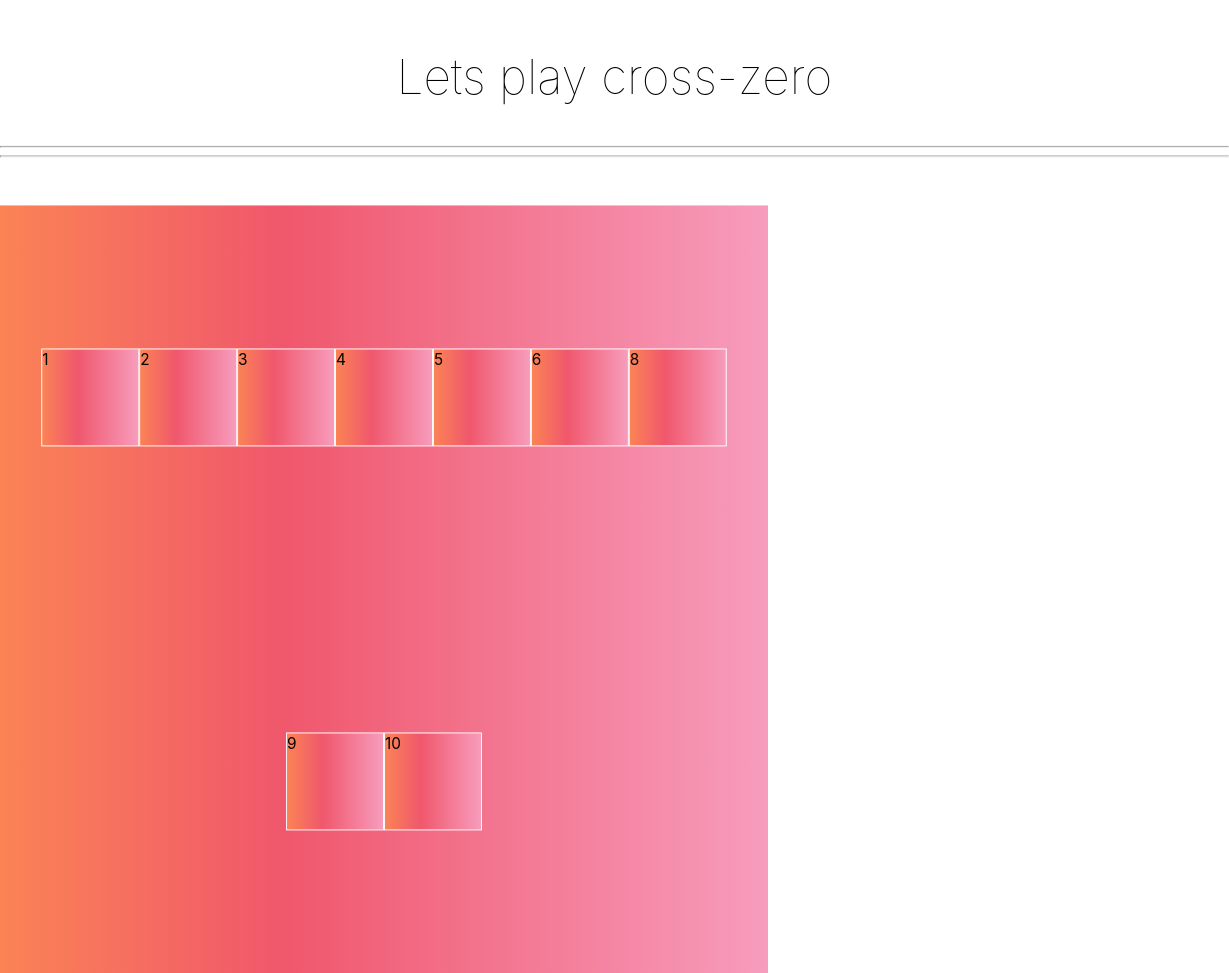
Repository: PGVlasov/cross-zero-game
Page: /
An editor plug-in stored every save of this project. The page is shown before and after the next save, followed by the edit.
The browser window is 1280 px wide. The pictures show the whole page, at 96% of full size.
The project was rebuilt for these pictures with package versions that can differ from the ones it lists, and the page was loaded fresh each time. Also part of the build but not shown: webpack.config.js, src/Containers/Field/Field.module.css, src/Containers/Field/Field.js.

Above is the page before, as saved 2020-11-27 14:59:48.

### src/App.js
import Field from "./Containers/Field/Field";
import Field1 from "./Containers/Field/Field1";
import { Header } from "./Containers/Header/Header";

function App() {
  return (
    <div>
      <Header />
      <hr />
      <hr />
      <Field1 />
    </div>
  );
}

export default App;

### src/Containers/Field/Field1.js
import { render } from "@testing-library/react";
import React from "react";
import classes from "./Field1.module.css";

class Field1 extends React.Component {
  constructor(props) {
    super(props);
    this.state = {};

    // Привязка необходима, чтобы сделать this доступным в коллбэке
    this.onSetCross = this.onSetCross.bind(this);
    this.onSetZero = this.onSetZero.bind(this);
  }

  onSetCross() {}

  onSetZero() {}

  render() {
    return (
      <div className={classes.Field1}>
        <div className={classes.table}>1</div>
        <div className={classes.table}>2</div>
        <div className={classes.table}>3</div>
        <div className={classes.table}>4</div>
        <div className={classes.table}>5</div>
        <div className={classes.table}>6</div>
        <div className={classes.table}>8</div>
        <div className={classes.table}>9</div>
        <div className={classes.table}>10</div>
      </div>
    );
  }
}

export default Field1;

### src/Containers/Header/Header.js
import classes from "./Header.module.css";
import React from "react";

export const Header = () => {
  return (
    <div>
      <h2 className={classes.Header}>Lets play cross-zero</h2>
    </div>
  );
};

### src/Containers/Field/Field1.module.css
.Field1 {
  width: 800px;
  height: 800px;
  max-width: 800px;
  display: flex;
  justify-content: center;
  margin-top: 50px;
  font-size: 500;
  background: linear-gradient(90deg, #fb8355 0%, #f0576c 37%, #f79cbd 100%);
  align-items: center;
  flex-wrap: wrap;
}

.table {
  width: 100px;
  height: 100px;
  font-size: 500;
  border: white 1px solid;
  background: linear-gradient(90deg, #fb8355 0%, #f0576c 37%, #f79cbd 100%);
}

### src/Containers/Header/Header.module.css
.Header {
  display: flex;
  justify-content: center;
  margin-top: 50px;
  font-size: 50px;
  font-weight: 100;
}

Loaded but not shown: public/index.html (common file); src/index.js (common file); src/index.css (common file); src/reportWebVitals.js (common file)

After the next save:
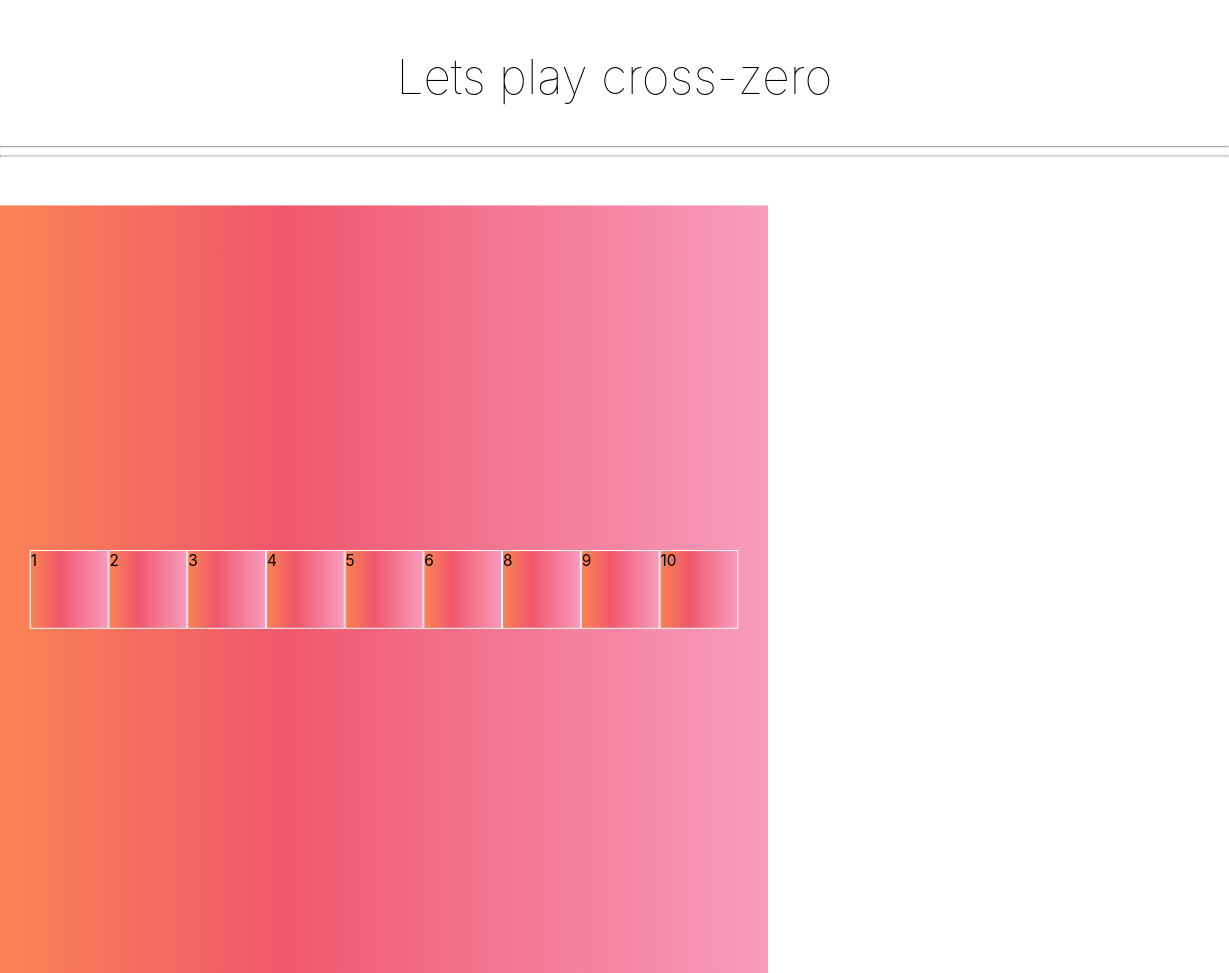
Saved 95 s later.
--- a/src/Containers/Field/Field1.module.css
+++ b/src/Containers/Field/Field1.module.css
@@ -12,8 +12,8 @@
 }
 
 .table {
-  width: 100px;
-  height: 100px;
+  width: 80px;
+  height: 80px;
   font-size: 500;
   border: white 1px solid;
   background: linear-gradient(90deg, #fb8355 0%, #f0576c 37%, #f79cbd 100%);
